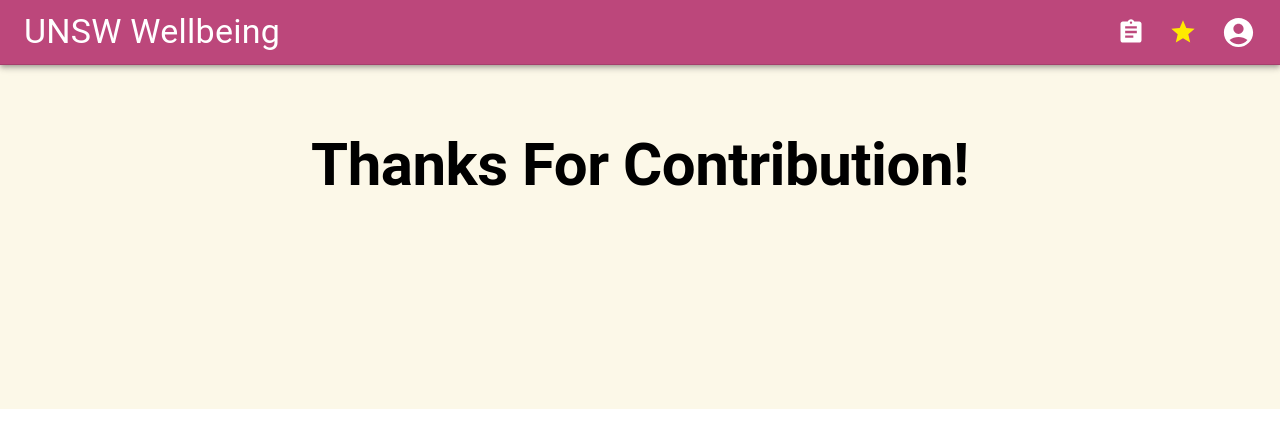
Repository: lplsz/Visionaries
Page: /student_main (app in frontend/)
These files come from the project's save history. The page is drawn as it stood at one moment and after the next save; the edit follows.
The browser window is 1280 px wide. The pictures show the whole page.
The project was rebuilt for these pictures with package versions that can differ from the ones it lists, and the page was loaded fresh each time. Also part of the build but not shown: frontend/src/Main.jsx, frontend/src/component/HomeCard.jsx, frontend/src/page/StudentLogin.jsx, frontend/src/page/ExpertLogin.jsx, frontend/src/page/StudentRegister.jsx, frontend/src/page/ExpertRegister.jsx.

Above is the page before, as saved 2022-06-28 21:31:17.

### frontend/src/App.jsx
import React from 'react';
import {
  BrowserRouter,
  Routes,
  Route
} from 'react-router-dom';

import HomePage from './page/HomePage.jsx';
import StudentMain from './page/StudentMain';
import ExpertMain from './page/ExpertMain';
import StudentProfile from './page/StudentProfile';
import ExpertProfile from './page/ExpertProfile';
import StudentLogin from './page/StudentLogin';
import ExpertLogin from './page/ExpertLogin.jsx';
import StudentRegister from './page/StudentRegister.jsx';
import ExpertRegister from './page/ExpertRegister.jsx';

function App () {
  return (
    <BrowserRouter>
      <Routes>
        <Route path="/" element={<HomePage />} />
        <Route path="/student_register" element={<StudentRegister />} />
        <Route path="/student_login" element={<StudentLogin />} />
        <Route path="/contributor_register" element={<ExpertRegister />} />
        <Route path="/contributor_login" element={<ExpertLogin />} />
        <Route path="/student_main" element={<StudentMain />} />
        <Route path="/expert_main" element={<ExpertMain />} />
        <Route path="/student_profile" element={<StudentProfile />} />
        <Route path="/expert_profile" element={<ExpertProfile />} />
      </Routes>
    </BrowserRouter>
  );
}

export default App;

### frontend/src/page/HomePage.jsx
/* eslint-disable no-unused-vars */
import React from 'react';
import CssBaseline from '@mui/material/CssBaseline';
import Grid from '@mui/material/Grid';
import Typography from '@mui/material/Typography';
import GlobalStyles from '@mui/material/GlobalStyles';
import Container from '@mui/material/Container';
import { useNavigate } from 'react-router-dom';
import { Copyright } from '../Main';
import HomeCard from '../component/HomeCard';
import LoginIcon from '@mui/icons-material/Login';
import AssignmentIndIcon from '@mui/icons-material/AssignmentInd';
import background from './img/background.jpg'

const tiers = [
  {
    icon: <LoginIcon fontSize="large" color="success"/>,
    title: 'Student',
    buttonText1: 'Sign up your account',
    buttonText2: 'Register for free',
    buttonVariant: 'outlined',
    navigator1: '/student_login',
    navigator2: '/student_register'
  },
  {
    icon: <AssignmentIndIcon fontSize="large" color="secondary"/>,
    title: 'Expert',
    buttonText1: 'Sign up your account',
    buttonText2: 'Register for free',
    buttonVariant: 'outlined',
    navigator1: '/Expert_login',
    navigator2: '/Expert_register'
  },
];

function HomePage () {
  const navigate = useNavigate();
  return (
    <div style = {{backgroundImage: `url(${background})`, backgroundSize: '100% 100%'}}>
      <GlobalStyles styles={{ ul: { margin: 0, padding: 0, listStyle: 'none' } }} />
      <CssBaseline />
      <Container disableGutters maxWidth="sm" component="main" sx={{ pt: 8, pb: 6 }}>
        <Typography
          component="h1"
          variant="h1"
          align="center"
          color="white"
          gutterBottom
        >
          Welcome to Visionaries!
        </Typography>
      </Container>
      <Container maxWidth="md" component="main">
        <Grid container spacing={5} alignItems="flex-end">
          {tiers.map((tier, index) => <HomeCard key={index} tier={tier} navigate={navigate} />)}
        </Grid>
      </Container>

      <Container
        maxWidth="md"
        component="footer"
        sx={{
          mt: 8,
          py: [3, 6],
        }}
      >
      </Container>
    </div>
  );
}

export default HomePage;

### frontend/src/page/StudentMain.jsx
/* eslint-disable no-unused-vars */
import * as React from 'react';
import CssBaseline from '@mui/material/CssBaseline';
import Container from '@mui/material/Container';
import Typography from '@mui/material/Typography';
import Grid from '@mui/material/Grid';
import StudentHeader from '../component/StudentHeader';
import GlobalStyles from '@mui/material/GlobalStyles';
import { useNavigate } from 'react-router-dom';

const StudentMain = () => {
    const navigate = useNavigate();
    return (
        <div style = {{backgroundColor: '#FCF8E8', backgroundSize: '100% 100%'}}>
            <GlobalStyles styles={{ ul: { margin: 0, padding: 0, listStyle: 'none' } }} />
            <CssBaseline />
            <StudentHeader />
            <Container disableGutters maxWidth="lg" component="main" sx={{ pt: 8, pb: 6 }}>
                <Typography
                    component="h2"
                    variant="h2"
                    align="center"
                    color="black"
                    fontWeight='bolder'
                    >
                    Thanks For Contribution!
                    </Typography>
            </Container>
            <Container maxWidth="md" component="main">
                {/* <Grid container spacing={5} alignItems="flex-end">
                <ContributorHomeButton url={setIcon} content={"Menage Your Recipes"} navigate={navigate} router={'/add_recipe'}/>
                <ContributorHomeButton url={addIcon} content={"Creat New Recipe"} navigate={navigate} router={'/add_recipe'}/>
                </Grid> */}
            </Container>

            <Container
                maxWidth="md"
                component="footer"
                sx={{
                mt: 8,
                py: [3, 6],
                }}
            >
            </Container>
        </div>
    );
}
export default StudentMain;

### frontend/src/page/ExpertMain.jsx
const ExpertMain = () => {

}
export default ExpertMain;

### frontend/src/page/StudentProfile.jsx
const StudentProfile = () => {

}
export default StudentProfile;

### frontend/src/page/ExpertProfile.jsx
const ExpertProfile = () => {

}
export default ExpertProfile;

### frontend/src/component/StudentHeader.jsx
/* eslint-disable no-unused-vars */
import * as React from 'react';
import AppBar from '@mui/material/AppBar';
import Box from '@mui/material/Box';
import Toolbar from '@mui/material/Toolbar';
import IconButton from '@mui/material/IconButton';
import Typography from '@mui/material/Typography';
import MenuItem from '@mui/material/MenuItem';
import Menu from '@mui/material/Menu';
import AccountCircle from '@mui/icons-material/AccountCircle';
import AssignmentIcon from '@mui/icons-material/Assignment';
import { createTheme,ThemeProvider } from '@mui/material/styles';
import Divider from '@mui/material/Divider';
import StarIcon from '@mui/icons-material/Star';
import CardMedia from '@mui/material/CardMedia';
import { useNavigate } from 'react-router-dom';
import { apiCall } from '../Main';

const theme = createTheme({
  palette: {
    primary: {
      light: '#33ab9f',
      main: '#e57373',
      dark: '#00695f',
      contrastText: '#fff',
    },
    secondary: {
      light: '#ff7961',
      main: '#ffea00',
      dark: '#ba000d',
      contrastText: '#000',
    },
  },

});

export default function ExplorerHeader() {
  const [anchorEl, setAnchorEl] = React.useState(null);
  const isMenuOpen = Boolean(anchorEl);
  const navigate = useNavigate();
  const uid = localStorage.getItem('uid');
  const handleProfileMenuOpen = (event) => {
    setAnchorEl(event.currentTarget);
  };

  const handleMenuClose = () => {
    setAnchorEl(null);
  };

  const menuId = 'primary-search-account-menu';
  const renderMenu = (
    <Menu
      anchorEl={anchorEl}
      anchorOrigin={{
        vertical: 'top',
        horizontal: 'right',
      }}
      id={menuId}
      keepMounted
      transformOrigin={{
        vertical: 'top',
        horizontal: 'right',
      }}
      open={isMenuOpen}
      onClose={handleMenuClose}
    >
      <MenuItem onClick={()=>{navigate('/explorer_profile'); handleMenuClose();}}>My Profile</MenuItem>
      <Divider />
      <MenuItem onClick={()=>{
        apiCall('user/logout', 'POST', {id: uid});
        localStorage.removeItem('uid');
        navigate('/'); handleMenuClose()}}>Logout</MenuItem>
    </Menu>
  );

    return (
        <ThemeProvider theme={theme}>
        <Box sx={{ flexGrow: 1 }}>
        <AppBar position="static" sx={
            { backgroundColor:'#bc477b', position:'relative',borderBottom: (t) => `1px solid ${t.palette.divider}`}}>
          <Toolbar>
            <Typography
              variant="h4"
              noWrap
              component="div"
              sx={{ display: { xs: 'none', sm: 'block' } }}
            >
                UNSW Wellbeing
            </Typography>
            {/* <CardMedia
            component="img"
            sx={{ width: 40 , margin:'10px'}}
            image={MainIcon}
            /> */}
            <Box sx={{ flexGrow: 1 }} />
            <Box sx={{ display: { xs: 'none', md: 'flex' } }}>
              <IconButton size="large" aria-label="show 4 new mails" color="inherit">
                  <AssignmentIcon fontSize="middle"/>
              </IconButton>
              <IconButton
                size="large"
                color='secondary'
              >
                  <StarIcon fontSize="middle" />
              </IconButton>
              <IconButton
                size="large"
                edge="end"
                aria-label="account of current user"
                aria-controls={menuId}
                aria-haspopup="true"
                onClick={handleProfileMenuOpen}
                color="inherit"
              >
                <AccountCircle fontSize="large" />
              </IconButton>
            </Box>
          </Toolbar>
        </AppBar>
        {renderMenu}
      </Box>
    </ThemeProvider>
)
}

Loaded but not shown: frontend/public/index.html (common file); frontend/src/index.jsx (common file); frontend/src/index.css (common file)

After the next save:
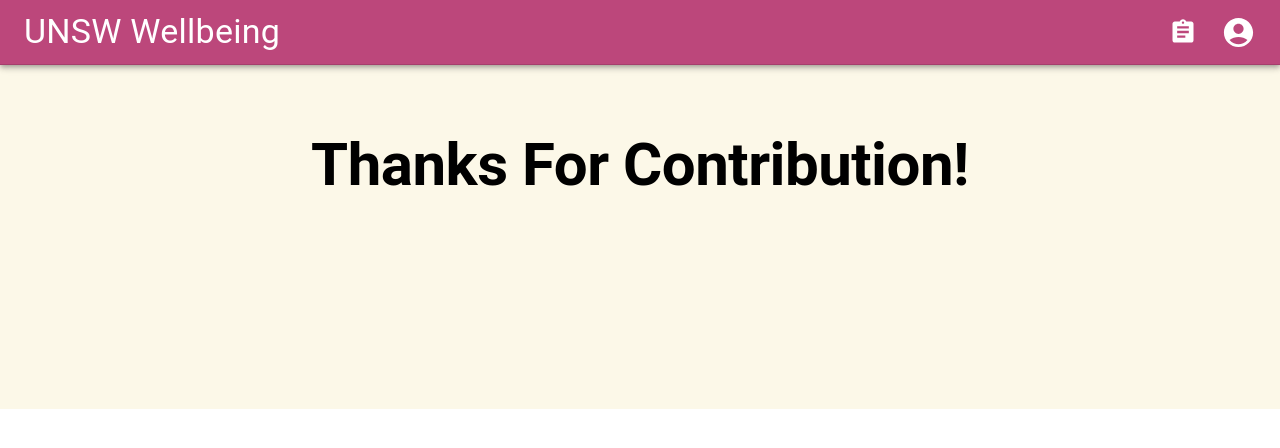
Saved 85 s later.
--- a/frontend/src/component/StudentHeader.jsx
+++ b/frontend/src/component/StudentHeader.jsx
@@ -97,12 +97,12 @@
               <IconButton size="large" aria-label="show 4 new mails" color="inherit">
                   <AssignmentIcon fontSize="middle"/>
               </IconButton>
-              <IconButton
+              {/* <IconButton
                 size="large"
                 color='secondary'
               >
                   <StarIcon fontSize="middle" />
-              </IconButton>
+              </IconButton> */}
               <IconButton
                 size="large"
                 edge="end"
